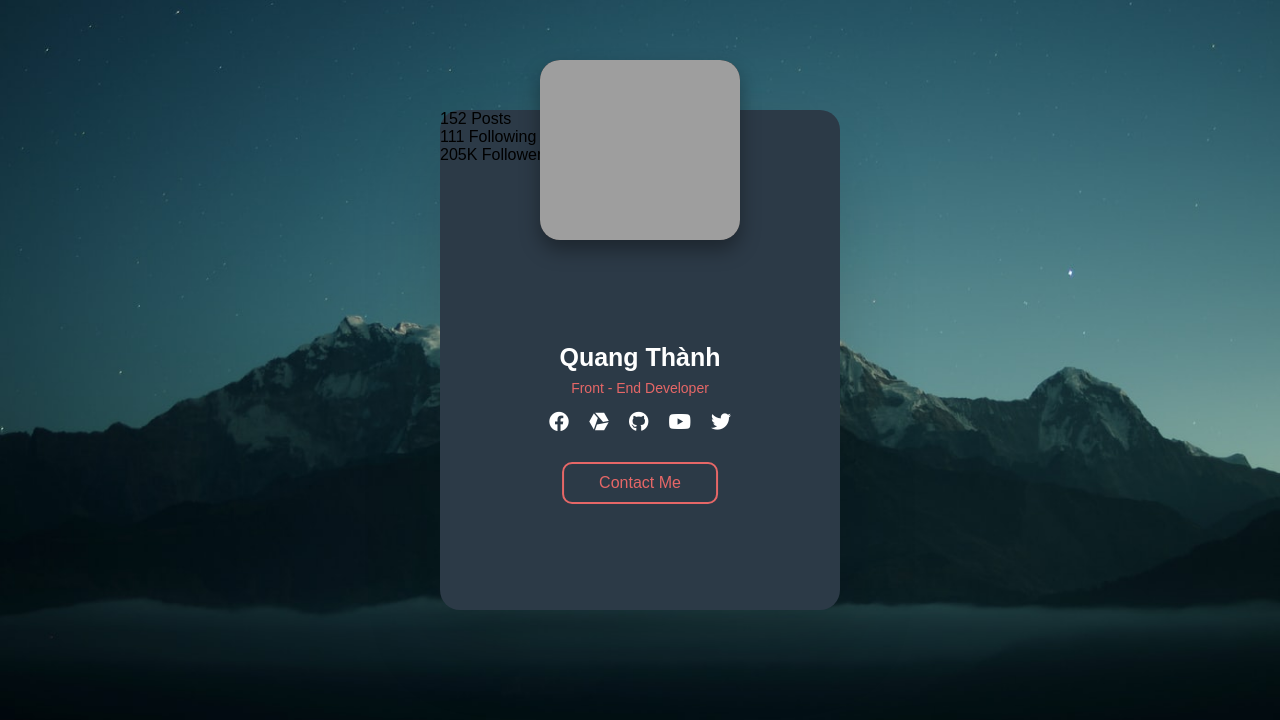
Repository: QuangThanh152/Profile-me
Page: index.html
These files come from the project's save history. The page is drawn as it stood at one moment and after the next save; the edit follows.
The browser window is 1280 px wide. The pictures show the whole page.
Pictures or frames that could not be fetched are drawn as grey boxes.

Above is the page before, as saved 2022-10-07 15:51:18.

After the next save:
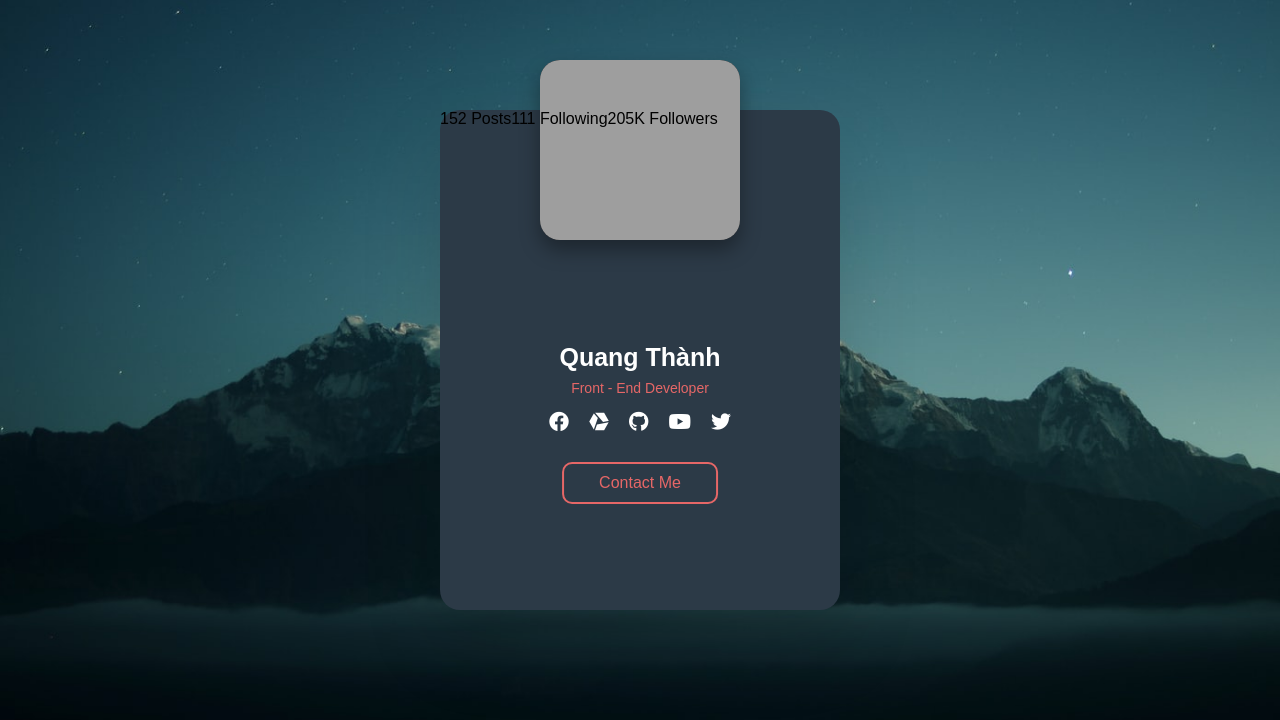
Saved 99 s later.
--- a/accets/main.css
+++ b/accets/main.css
@@ -100,3 +100,15 @@ body {
     background-color: #e66767;
     color: #f2f2f2;
 }
+.card-footer{
+    position: absolute;
+    display: flex;
+    justify-content: center;
+    align-items: center;
+}
+.number{
+
+}
+.item{
+
+}
